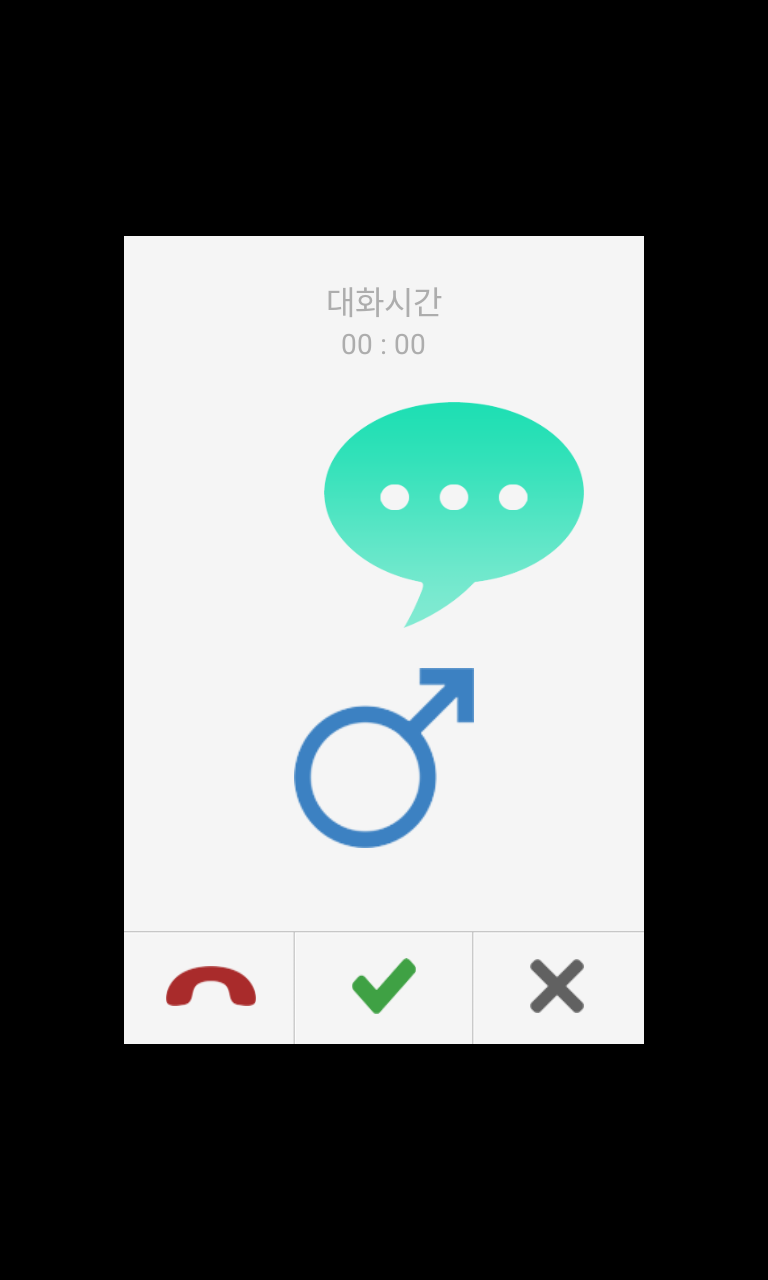
Repository: blacky512/smart_morning_call
Layout: client/SmartMorningCall/res/layout/voicechatting_frag.xml
These files come from the project's save history. The layout is drawn as it stood at one moment and after the next save; the edit follows.
It is drawn on a 768 x 1280 px phone screen (xhdpi) without system bars, with theme android:Theme.NoTitleBar; the app's code is not run.

Above is the layout before, as saved 2013-02-24 12:11:27.

After the next save:
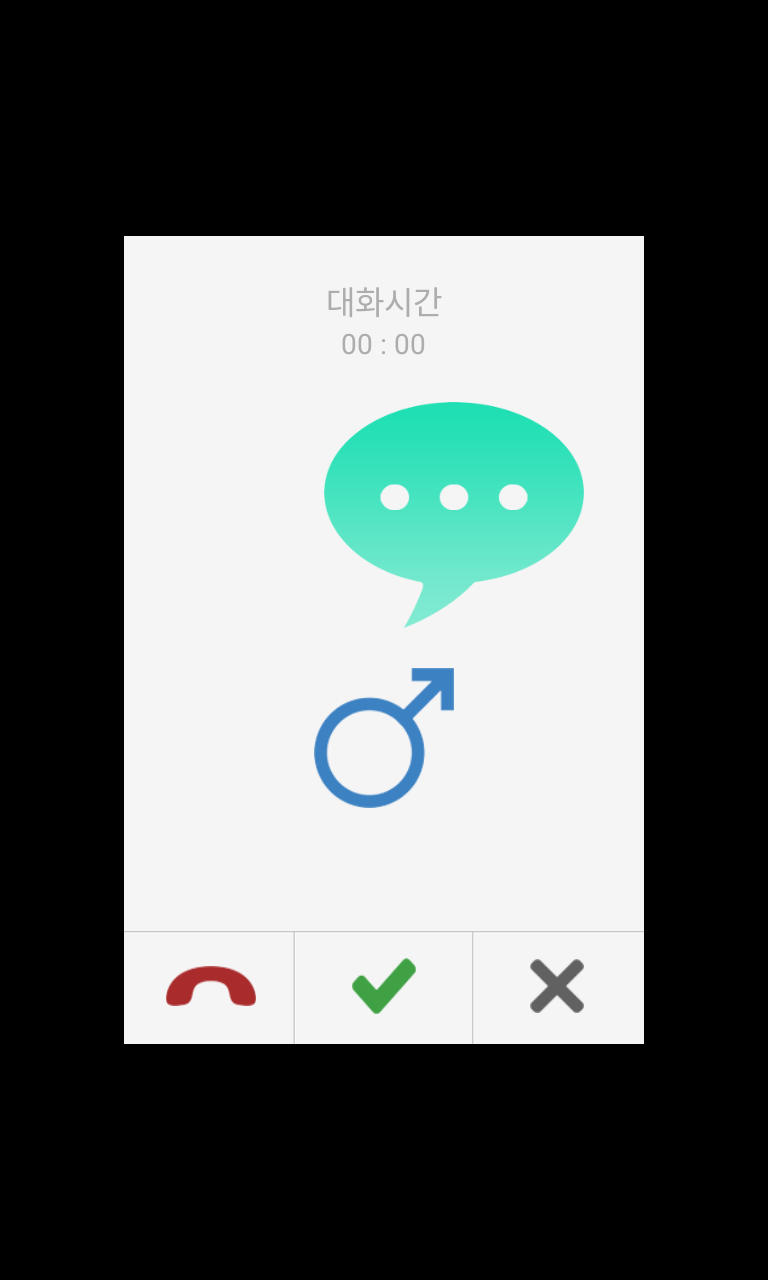
Saved 11 s later.
--- a/client/SmartMorningCall/res/layout/voicechatting_frag.xml
+++ b/client/SmartMorningCall/res/layout/voicechatting_frag.xml
@@ -77,8 +77,8 @@
 
                     <ImageView
                         android:id="@+id/imageView2"
-                        android:layout_width="90dp"
-                        android:layout_height="90dp"
+                        android:layout_width="70dp"
+                        android:layout_height="70dp"
                         android:layout_centerHorizontal="true"
                         android:layout_marginTop="20dp"
                         android:scaleType="fitXY"
